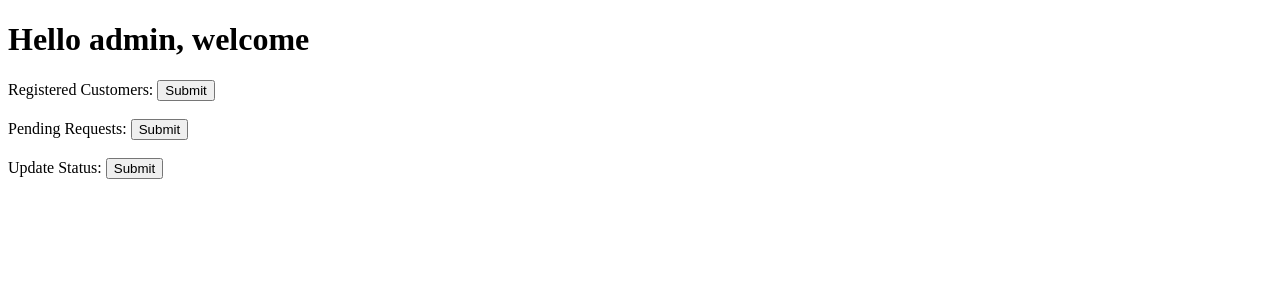
Repository: LingWenXing/java-fundamentals
Page: http://localhost/CarServiceSystem/adminLoginSuccess.jsp
These files come from the project's save history. The page is drawn as it stood at one moment and after the next save; the edit follows.
The browser window is 1280 px wide. The pictures show the whole page.
The page is served by Tomcat 9. Other server files are loaded and not shown.

Above is the page before, as saved 2022-04-11 04:02:49.

### CarServiceSystem/src/main/webapp/adminLoginSuccess.jsp
<%@ page language="java" contentType="text/html; charset=ISO-8859-1"
    pageEncoding="ISO-8859-1"%>
<!DOCTYPE html>
<html>
<head>
<meta charset="ISO-8859-1">
<title>Admin Login Success</title>
</head>
<body>
	<h1>Hello admin, welcome</h1>
	<form action = "/CarServiceSystem/RegisteredCustomers">
		Registered Customers: <input type="submit" name="Registered Customers">
	</form>
	<br>
	<form action = "/CarServiceSystem/PendingRequest">
		Pending Requests: <input type="submit" name="Pending Requests">
	</form>
	<br>
	<form action = "/CarServiceSystem/UpdateStatus">
		Update Status: <input type="submit" name="Update Status">
	</form>
</body>
</html>

After the next save:
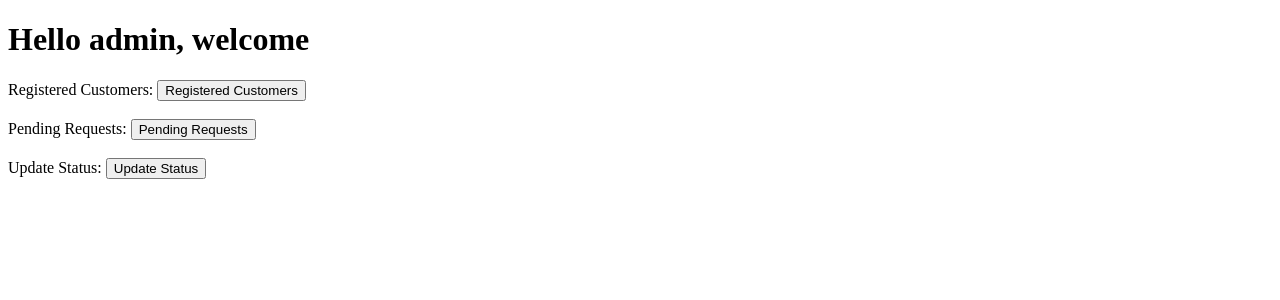
Saved 38 s later.
--- a/CarServiceSystem/src/main/webapp/adminLoginSuccess.jsp
+++ b/CarServiceSystem/src/main/webapp/adminLoginSuccess.jsp
@@ -9,15 +9,15 @@
 <body>
 	<h1>Hello admin, welcome</h1>
 	<form action = "/CarServiceSystem/RegisteredCustomers">
-		Registered Customers: <input type="submit" name="Registered Customers">
+		Registered Customers: <input type="submit" value="Registered Customers">
 	</form>
 	<br>
 	<form action = "/CarServiceSystem/PendingRequest">
-		Pending Requests: <input type="submit" name="Pending Requests">
+		Pending Requests: <input type="submit" value="Pending Requests">
 	</form>
 	<br>
 	<form action = "/CarServiceSystem/UpdateStatus">
-		Update Status: <input type="submit" name="Update Status">
+		Update Status: <input type="submit" value="Update Status">
 	</form>
 </body>
 </html>
